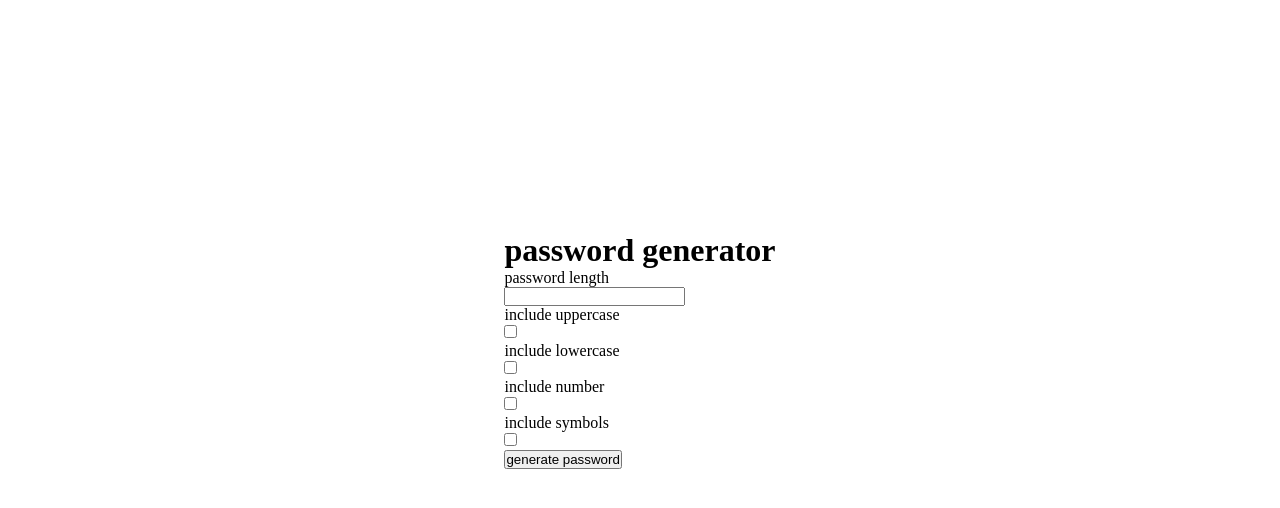
Repository: Eugene44-hub/password-generator
Page: index.html
An editor plug-in stored every save of this project. The page is shown before and after the next save, followed by the edit.
The browser window is 1280 px wide. The pictures show the whole page.

Above is the page before, as saved 2021-09-23 10:21:58.

### index.html
<!DOCTYPE html>
<html lang="en">

<head>
    <meta charset="UTF-8">
    <meta http-equiv="X-UA-Compatible" content="IE=edge">
    <meta name="viewport" content="width=device-width, initial-scale=1.0">
    <title>Document</title>
    <link rel="stylesheet" href="style.css">
</head>

<body>
    <div class="passwordGenerator">
        <h1>password generator</h1>
        <div class="password">

        </div>
        <div class="select-options">
            <p>password length</p>
            <input type="number">
            <p>include uppercase</p><input type="checkbox" id="uppercase">
            <p>include lowercase</p><input type="checkbox" id="lowercase">
            <p>include number</p><input type="checkbox" id="number">
            <p>include symbols</p><input type="checkbox" id="symbol">
        </div>
        <button id="generate-password">generate password</button>
    </div>
    <script src="app.js"></script>
</body>

</html>

</html>

### style.css
* {
    padding: 0;
    margin: 0;
    box-sizing: border-box;
}

body {
    display: flex;
    height: 700px;
}

.passwordGenerator {
    margin: auto;
}

### app.js
// document.querySelector('.password').addEventListener('', e => {})
// console.log(String.fromCharCode())

const person = {
    name: 'Eugene',
    type: true,
    greeting: 'Hello'
}
let x = [{ lower: true }, { upper: false }, { number: true }, { symbol: true }];

// const rand = {
//     lower: true,
//     upper: true,
//     number: false,
//     symbol: true,
// }

// const functName =
//     console.log()

After the next save:
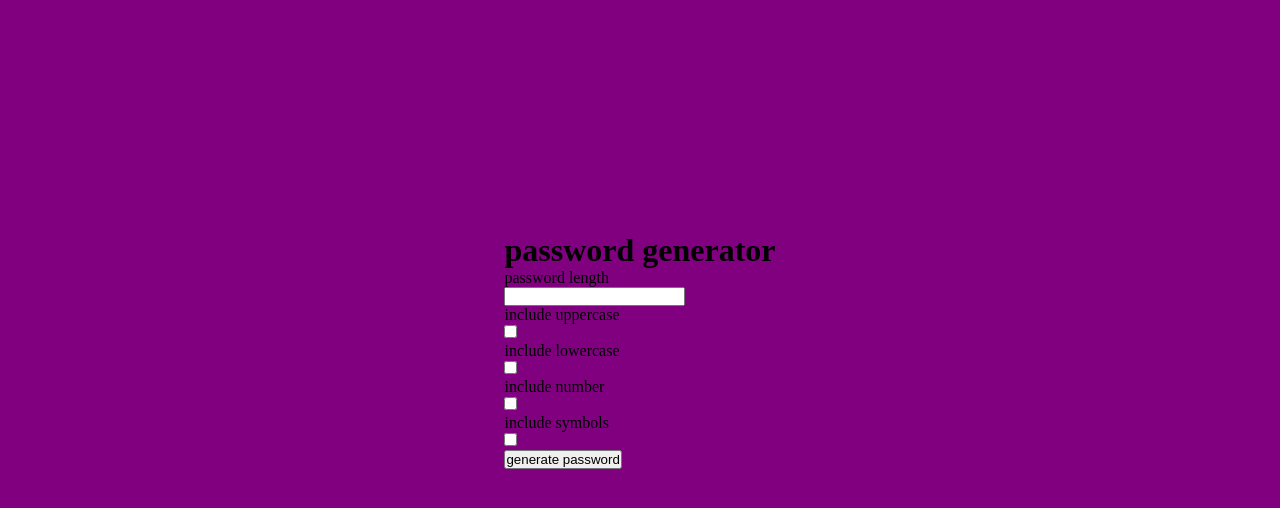
Saved 27 s later.
--- a/style.css
+++ b/style.css
@@ -7,6 +7,7 @@
 body {
     display: flex;
     height: 700px;
+    background-color: purple;
 }
 
 .passwordGenerator {
